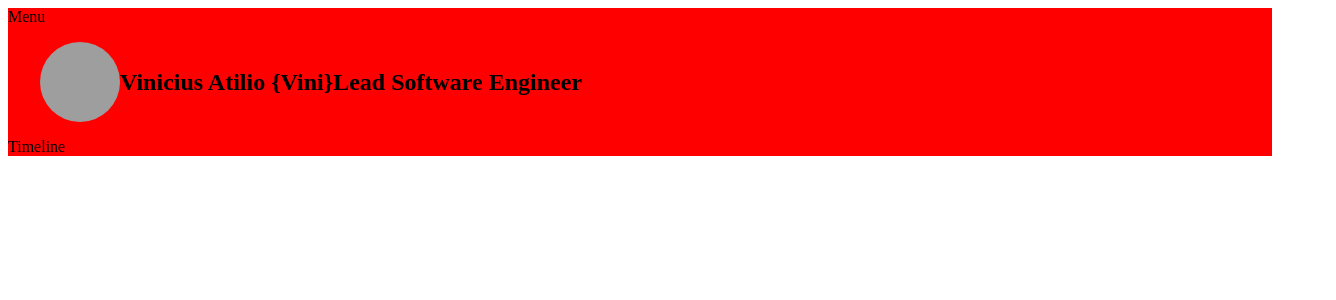
Repository: Vinicius-Atilio/aluratube
Page: /
An editor plug-in stored every save of this project. The page is shown before and after the next save, followed by the edit.
The browser window is 1280 px wide. The page is 1336 px wide, so the pictures cover 1336 px, including what lies to the right of the window. The pictures show the whole page.
Pictures or frames that could not be fetched are drawn as grey boxes. The project was rebuilt for these pictures with package versions that can differ from the ones it lists, and the page was loaded fresh each time. The framework's server and built-in components were replaced by stand-ins that run in the browser. Also part of the build but not shown: next.config.js.

Above is the page before, as saved 2022-11-08 06:57:06.

### pages/index.js
import config from '../config.json';
import styled from 'styled-components';

function HomePage() {
    const estiloDaHomePage = { backgroundColor: 'red' };
    return (
        <div style={estiloDaHomePage}>
            <Menu />
            <Header />
            <TimeLine />
        </div>
    );
}

export default HomePage;

function Menu() {
    return <div>Menu</div>;
}

const StyledHeader = styled.div`
    img {
        width: 80px;
        height: 80px;
        border-radius: 50%;
    }
    .user-info {
        display: flex;
        align-items: center;
        width: 100%;
        padding: 16px 32px;
    }
`;

function Header() {
    return (
        <StyledHeader>
            <section className="user-info">
                <img src={`https://github.com/${config.github}.png`} />

                <h2>{config.name}</h2>
                <h2>{config.job}</h2>
            </section>
        </StyledHeader>
    );
}

function TimeLine() {
    return <div>Timeline</div>;
}

### config.json
{
    "name": "Vinicius Atilio {Vini}",
    "job": "Lead Software Engineer",
    "github": "Vinicius9821"
}

After the next save:
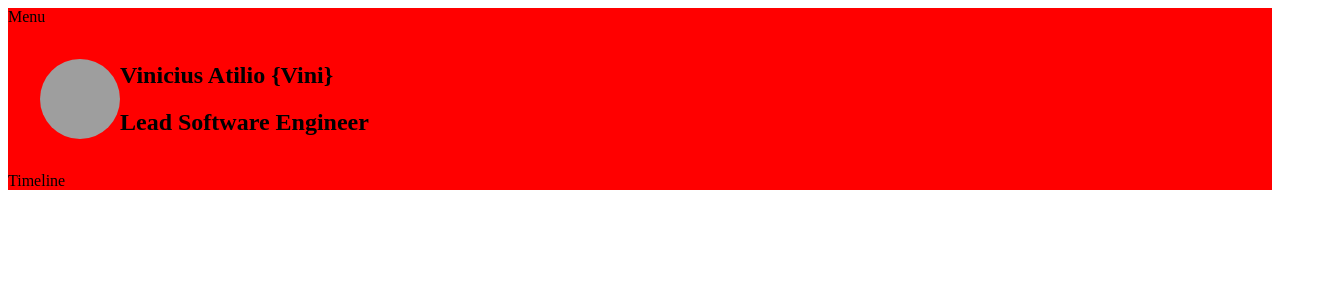
Saved 16 s later.
--- a/pages/index.js
+++ b/pages/index.js
@@ -37,9 +37,10 @@ function Header() {
         <StyledHeader>
             <section className="user-info">
                 <img src={`https://github.com/${config.github}.png`} />
-
-                <h2>{config.name}</h2>
-                <h2>{config.job}</h2>
+                <div>
+                    <h2>{config.name}</h2>
+                    <h2>{config.job}</h2>
+                </div>
             </section>
         </StyledHeader>
     );
